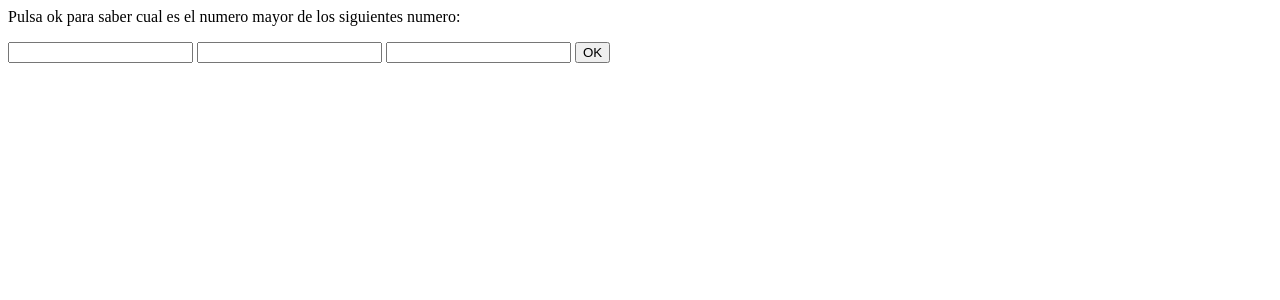
Repository: Matmart13/Acceso-a-Datos-2
Page: http://localhost/JSP1/Ejercicio2.jsp
An editor plug-in stored every save of this project. The page is shown before and after the next save, followed by the edit.
The browser window is 1280 px wide. The pictures show the whole page.
The page is served by Tomcat 9.

Above is the page before, as saved 2023-01-30 14:23:47.

After the next save:
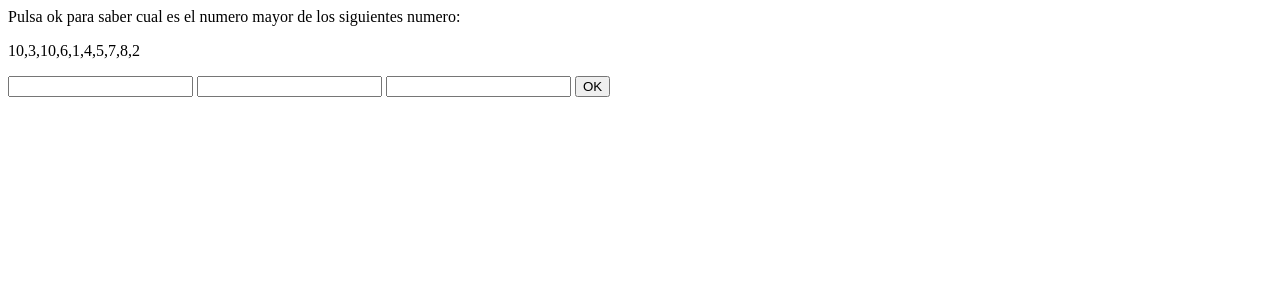
Saved 36 s later.
--- a/JSP1/src/main/webapp/Ejercicio2.jsp
+++ b/JSP1/src/main/webapp/Ejercicio2.jsp
@@ -8,7 +8,7 @@
 <body>
 <form method="get" action="resultadoEj1.jsp">
 Pulsa ok para saber cual es el numero mayor de los siguientes numero:
-<p></p>
+<p> 10,3,10,6,1,4,5,7,8,2</p>
 <input type="text" name="numero1">
 <input type="text" name="numero2">
 <input type="text" name="numero3">
